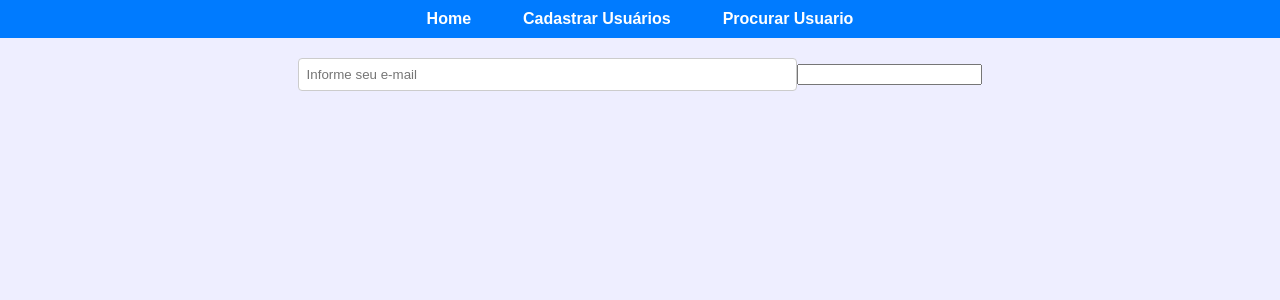
Repository: diegoeiti/Logica-Programacao
Page: http://localhost/paginas/verificarUsuario.php
These files come from the project's save history. The page is drawn as it stood at one moment and after the next save; the edit follows.
The browser window is 1280 px wide. The pictures show the whole page.
The page is run by PHP 8.4 with error messages shown; the project is at /var/www/html/.

Above is the page before, as saved 2025-10-31 09:15:51.

After the next save:
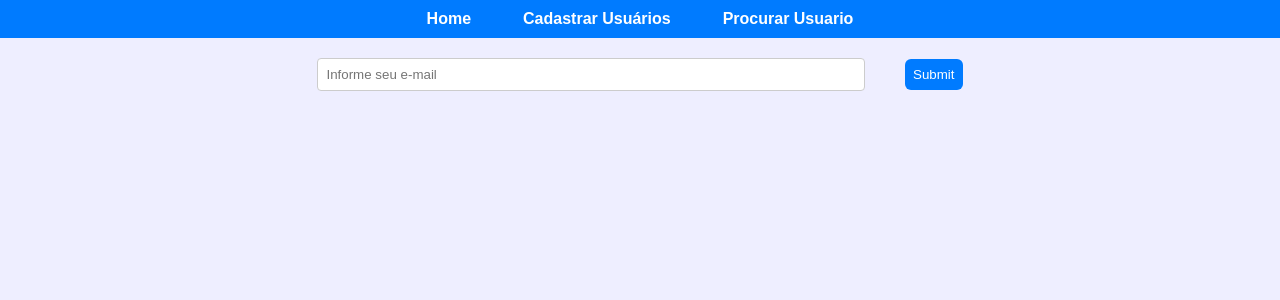
Saved 4 s later.
--- a/Modulo 3 - PHP/Aula 20 CRUDalunos/paginas/verificarUsuario.php
+++ b/Modulo 3 - PHP/Aula 20 CRUDalunos/paginas/verificarUsuario.php
@@ -22,7 +22,7 @@
         <section id="container">
             <form action="verificarUsuario" method="post">
                 <input type="email" name="email" id="email" placeholder="Informe seu e-mail">
-                <input type="text">
+                <input type="submit">
             </form>
         </section>
     </main>
